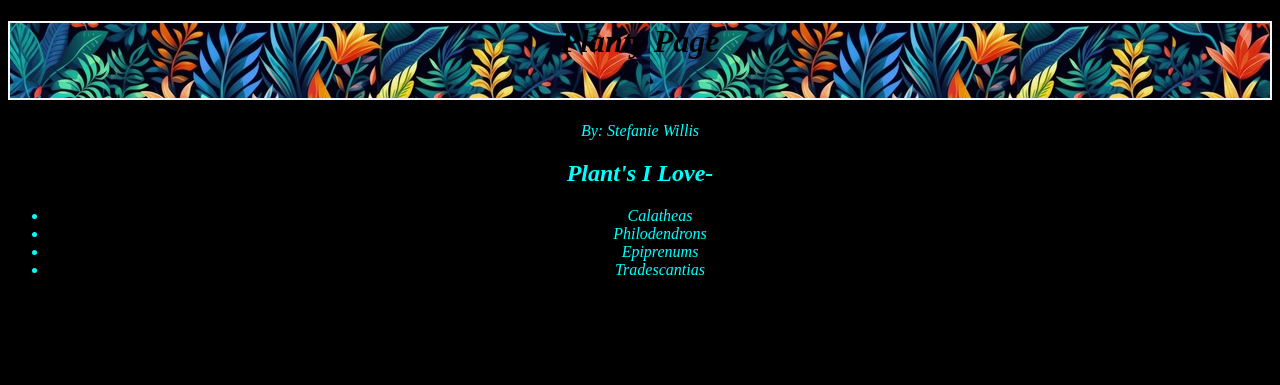
Repository: swillis91/odin-recipies
Page: Planty Page/index.html
An editor plug-in stored every save of this project. The page is shown before and after the next save, followed by the edit.
The browser window is 1280 px wide. The pictures show the whole page.

Above is the page before, as saved 2023-08-09 23:43:05.

### Planty Page/index.html
<!DOCTYPE html>
    <html>
        <head>
            <title>Planty Page- Home</title>
            <link href="style.css" rel="stylesheet"
        </head>
        <body>
            <h1 class="heading">Planty Page</h1>
                <p>By: Stefanie Willis</p>
            <h2>Plant's I Love-</h2>
            <ul>
                <li>Calatheas</li>
                <li>Philodendrons</li>
                <li>Epiprenums</li>
                <li>Tradescantias</li>
            </ul>
        </body>
    </html>

### Planty Page/style.css
body{
    background-color: black;
    color:aqua;
    text-align: center;
    font-family: fantasy;
    font-style: oblique;
}

.heading{
    color: rgba(0, 0, 0, 0.974);
    border: 2px solid rgb(244, 247, 247);
    background-image: url('Images/banner.jpg');
    height: 75px;

}

After the next save:
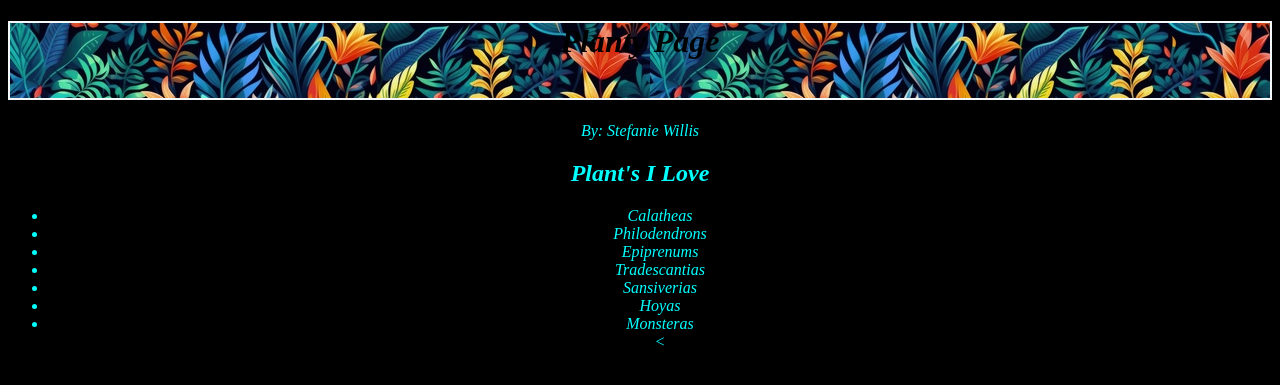
Saved 68 s later.
--- a/Planty Page/index.html
+++ b/Planty Page/index.html
@@ -7,12 +7,16 @@
         <body>
             <h1 class="heading">Planty Page</h1>
                 <p>By: Stefanie Willis</p>
-            <h2>Plant's I Love-</h2>
+            <h2>Plant's I Love</h2>
             <ul>
                 <li>Calatheas</li>
                 <li>Philodendrons</li>
                 <li>Epiprenums</li>
                 <li>Tradescantias</li>
+                <li>Sansiverias</li>
+                <li>Hoyas</li>
+                <li>Monsteras</li>
+                <
             </ul>
         </body>
     </html>
